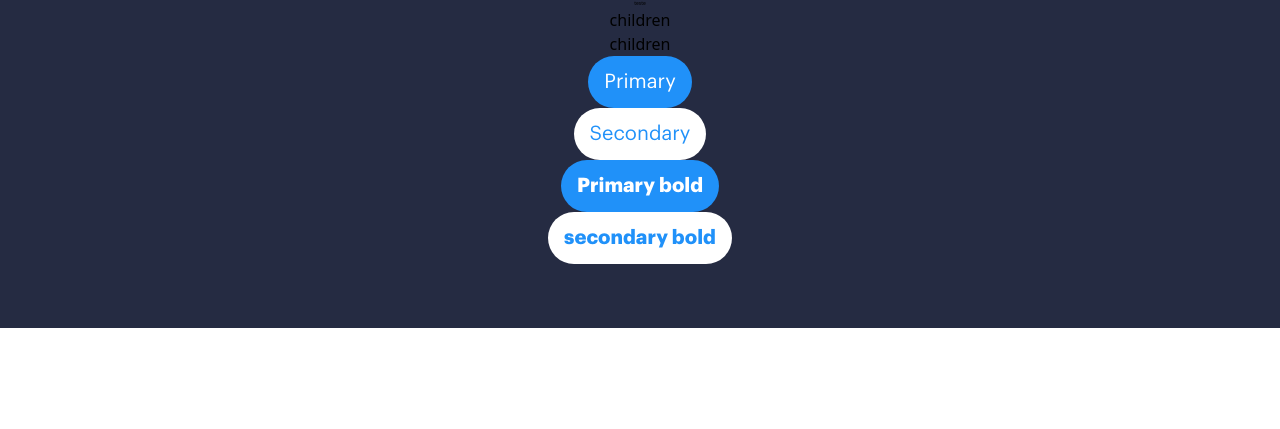
Repository: SK3010z/figmaland-tailwind
Page: /
An editor plug-in stored every save of this project. The page is shown before and after the next save, followed by the edit.
The browser window is 1280 px wide. The pictures show the whole page.
The project was rebuilt for these pictures with package versions that can differ from the ones it lists, and the page was loaded fresh each time. Also part of the build but not shown: vite.config.js, src/mediaQueries.jsx.

Above is the page before, as saved 2024-08-16 15:44:48.

### index.html
<!doctype html>
<html lang="en">
  <head>
    <meta charset="UTF-8" />
    <link rel="icon" type="image/svg+xml" href="/vite.svg" />
    <meta name="viewport" content="width=device-width, initial-scale=1.0" />
    <title>FigmaLand</title>
  </head>
  <body>
    <div id="root"></div>
    <script type="module" src="/src/main.jsx"></script>
  </body>
</html>

### src/main.jsx
import { StrictMode } from 'react'
import { createRoot } from 'react-dom/client'
import App from './App.jsx'
import MediaQueries from './mediaQueries.jsx'
import './index.css'

createRoot(document.getElementById('root')).render(
  <StrictMode>
    <App/>
  </StrictMode>,
)

### src/App.jsx
import { Button } from "./components/Button"
import { Heading } from "./components/Heading"
function App() {
  return (
    <div className="bg-darkBackground justify-center pb-16 text-center justify-items-center">
      <h1 className="text-[5px]">teste</h1>
      <Heading>Hello World of heading 1</Heading>
      <Heading type='h2'>Hello World of heading 2</Heading>

      <Button>Primary</Button>
      <Button variant="secondary">Secondary</Button>
      <Button isBold>Primary bold</Button>
      <Button variant="secondary" isBold>secondary bold</Button>
    </div>
  )
}

export default App

### src/index.css
@tailwind base;
@tailwind components;
@tailwind utilities;

@font-face {
  font-family: "Graphik-bold";
  src: url(./fonts/Graphik/Graphik-Bold-Trial.otf) format("opentype");
  font-style: normal;
  font-display: swap;
}
@font-face {
  font-family: "Graphik";
  src: url(./fonts/Graphik/Graphik-Regular-Trial.otf) format("opentype");
  font-style: normal;
  font-display: swap;
}

### src/components/Button/index.jsx
export const Button = ({ children, variant = "primary", isBold = false }) => {
  return (
    <button
      className={`flex m-auto items-center justify-center p-4 rounded-full bg-primary font-graphik text-xl leading-5
        ${
          variant === "primary"
            ? "bg-primary text-white"
            : "bg-white text-primary"
        }
        ${isBold && "font-graphik-bold"}
      `}
    >
      {children}
    </button>
  );
};

### src/components/Heading/index.jsx
export const Heading = (children, type = "h1") => {
    if (type == "h1") {
        return <h1 className="">children</h1>;
    }
    return <h2>children</h2>;
};

### tailwind.config.js
/** @type {import('tailwindcss').Config} */
export default {
  content: [
    "./index.html",
    "./src/**/*.{js,ts,jsx,tsx}",
  ],
  theme: {
    extend: {
      fontFamily: {
        'graphik': ['Graphik','sans-serif'],
        'graphik-bold': ['Graphik-bold','sans-serif']
      },
      colors: {
        primary: '#2091F9',
        text: '#252B42',
        decondaryText: '#374754',
        darkBackground: '#252B42'
      }
    },
  },
  plugins: [],
}

After the next save:
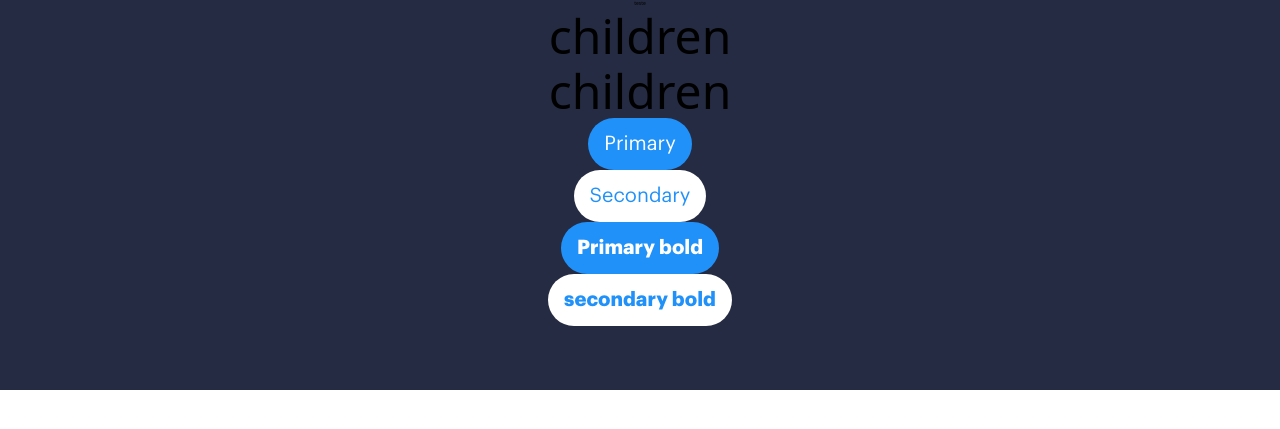
Saved 32 s later.
--- a/src/components/Heading/index.jsx
+++ b/src/components/Heading/index.jsx
@@ -2,5 +2,5 @@
     if (type == "h1") {
         return <h1 className="">children</h1>;
     }
-    return <h2>children</h2>;
+    return <h2 className="text-5xl leading-[55px]">children</h2>;
 };
